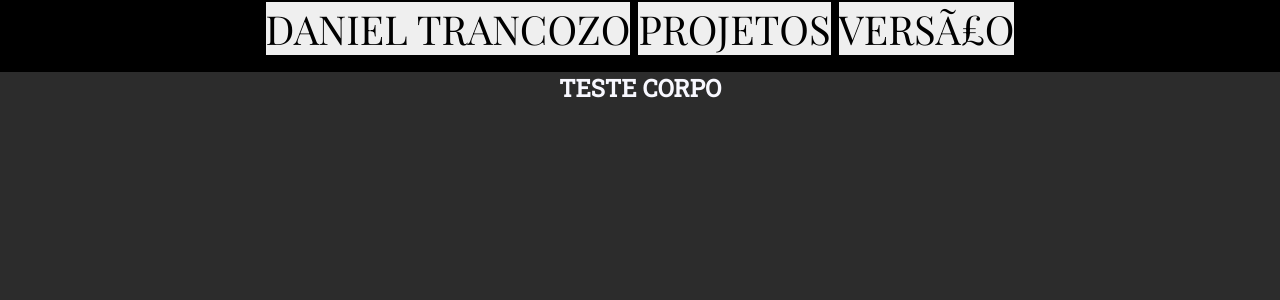
Repository: danieltrancozo/danieltrancozo.github.io
Page: index.html
These files come from the project's save history. The page is drawn as it stood at one moment and after the next save; the edit follows.
The browser window is 1280 px wide. The pictures show the whole page.

Above is the page before, as saved 2021-05-04 23:26:51.

After the next save:
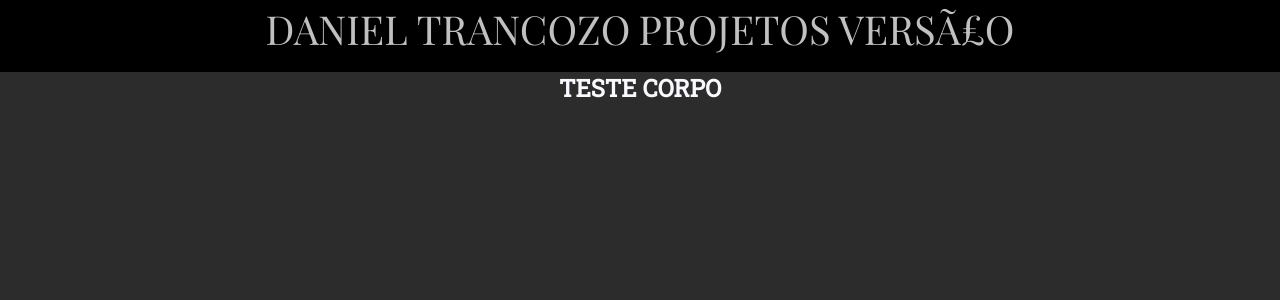
Saved 72 s later.
--- a/css/estilo3.css
+++ b/css/estilo3.css
@@ -52,4 +52,7 @@ body{
     font-size: 30pt;
     margin: 2px;
     cursor: pointer;
+    height: 50;
+    background-color: transparent;
+    color: silver;
 }
